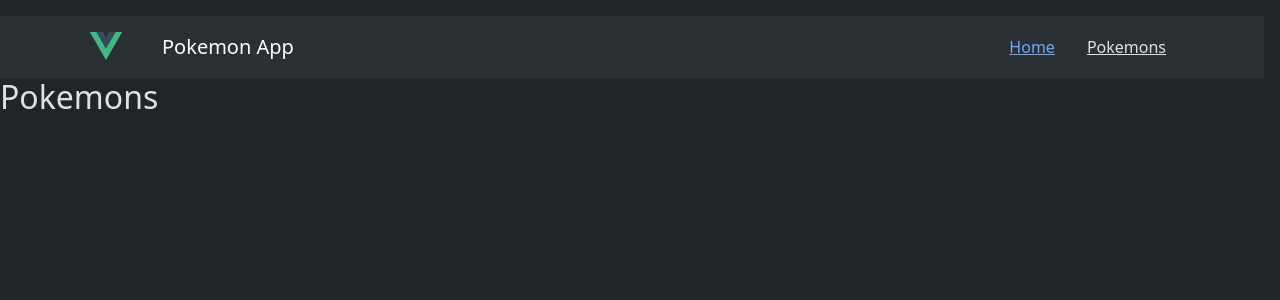
Repository: jjdevzinho/curso-vue-pinia-com-ts-poke-api
Page: /pokemons
An editor plug-in stored every save of this project. The page is shown before and after the next save, followed by the edit.
The browser window is 1280 px wide. The pictures show the whole page.
The page's requests for data from a server got no answer. The project was rebuilt for these pictures with package versions that can differ from the ones it lists, and the page was loaded fresh each time. No one was signed in, and anything a server would have sent is missing. Also part of the build but not shown: vite.config.ts, src/views/HomeView.vue.

Above is the page before, as saved 2024-10-13 08:21:22.

After the next save:
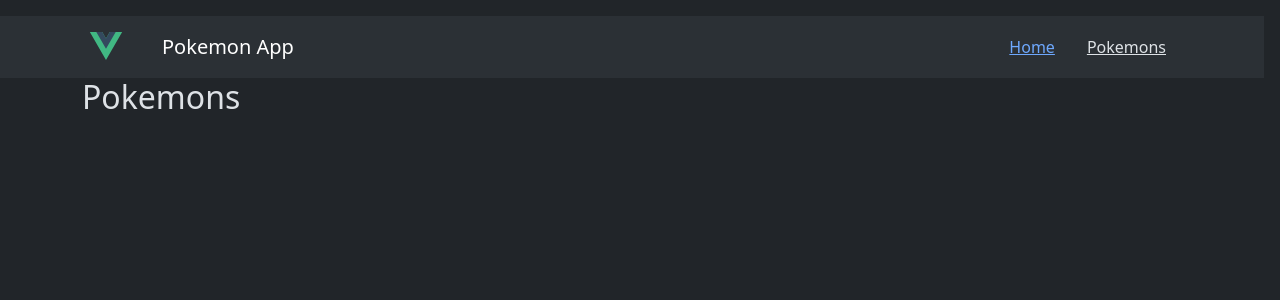
Saved 55 s later.
--- a/src/App.vue
+++ b/src/App.vue
@@ -23,8 +23,9 @@
       </div>
     </nav>
   </header>
-
-  <RouterView />
+  <main class="container">
+    <RouterView />
+  </main>
 </template>
 
 <style scoped>
